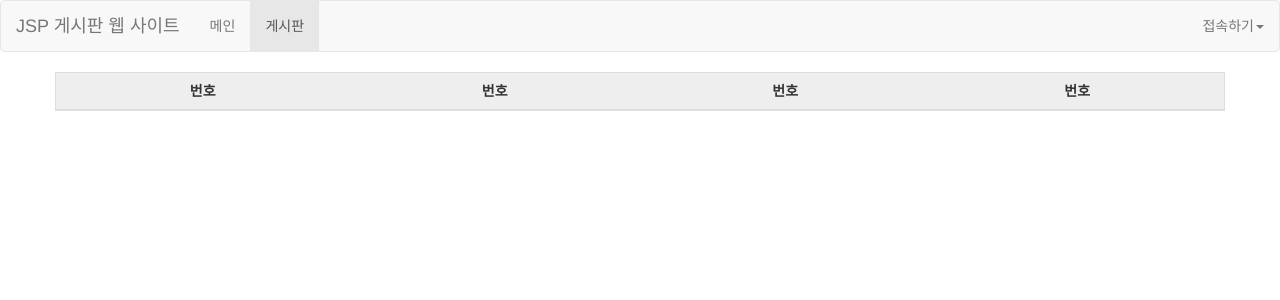
Repository: hseob04/jsp_bbs
Page: http://localhost/BBS/bbs.jsp
The author's editor kept a copy of each file at every save. The page is drawn from the files as they stood at one save, then again after the next save.
The browser window is 1280 px wide. The pictures show the whole page.
Some web libraries are served in a nearby version. The page is served by Tomcat 9.

Above is the page before, as saved 2021-03-22 14:27:04.

After the next save:
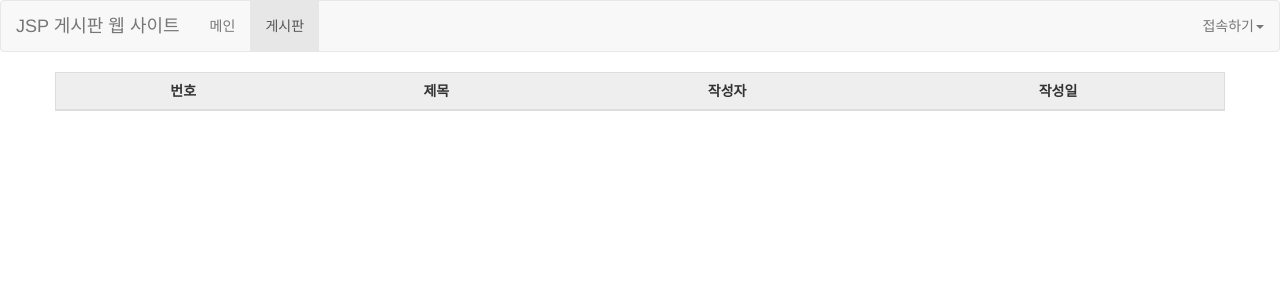
Saved 12 s later.
--- a/JSP/projects/BBS/src/main/webapp/bbs.jsp
+++ b/JSP/projects/BBS/src/main/webapp/bbs.jsp
@@ -79,9 +79,9 @@
 				<thead>
 					<tr>
 						<th style="background-color: #eeeeee; text-align: center;">번호</th>
-						<th style="background-color: #eeeeee; text-align: center;">번호</th>
-						<th style="background-color: #eeeeee; text-align: center;">번호</th>
-						<th style="background-color: #eeeeee; text-align: center;">번호</th>
+						<th style="background-color: #eeeeee; text-align: center;">제목</th>
+						<th style="background-color: #eeeeee; text-align: center;">작성자</th>
+						<th style="background-color: #eeeeee; text-align: center;">작성일</th>
 					</tr>
 				</thead>
 			</table>
